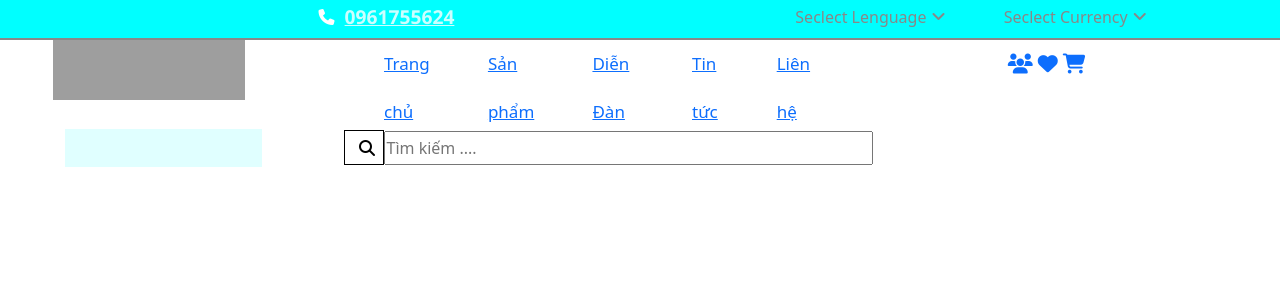
Repository: giacatdat2k5/Baitaplon
Page: da/d.html
These files come from the project's save history. The page is drawn as it stood at one moment and after the next save; the edit follows.
The browser window is 1280 px wide. The pictures show the whole page.
Pictures or frames that could not be fetched are drawn as grey boxes.

Above is the page before, as saved 2023-11-07 01:11:16.

After the next save:
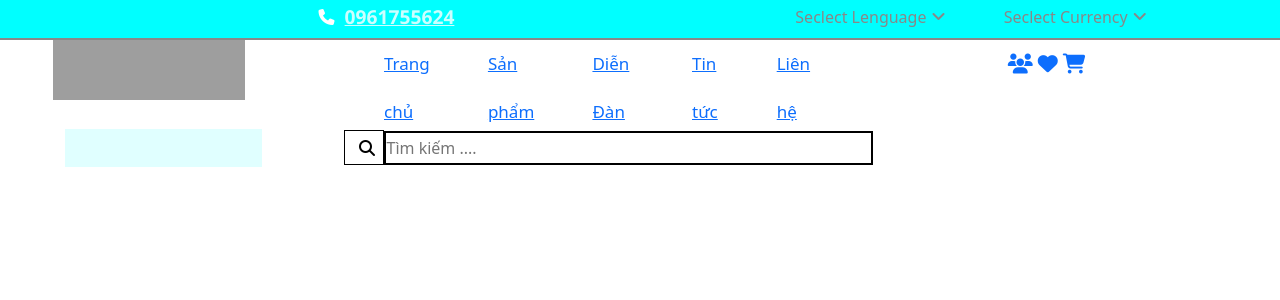
Saved 18 s later.
--- a/da/d.css
+++ b/da/d.css
@@ -157,7 +157,7 @@
 .tk{
     width: 80%;
     height: 90%;
-    border-top-bottom-left: 2px solid black;
+    border: 2px solid black;
 }
 .nut{
     width: 40px;
